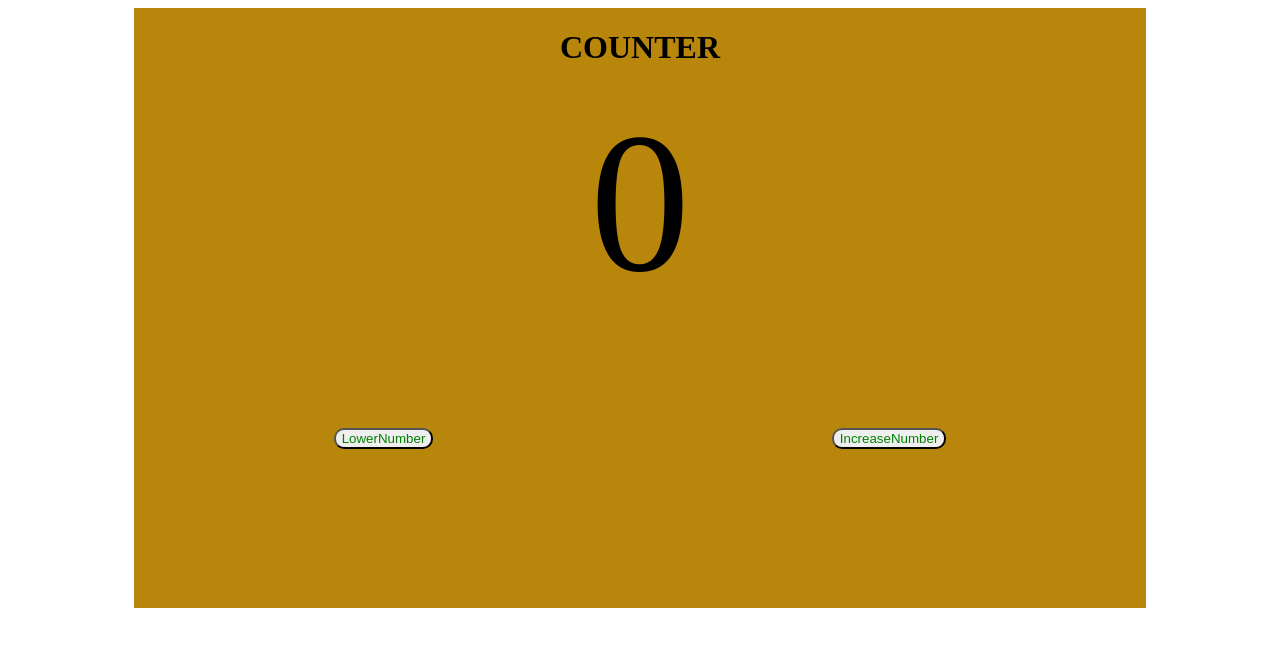
Repository: Sgalstyan06/counterNum
Page: index.html
These files come from the project's save history. The page is drawn as it stood at one moment and after a run of saves; the edit follows.
The browser window is 1280 px wide. The pictures show the whole page.
After loading, the first visible `button.LowerNumber` was clicked once.

Above is the page before, as saved 2022-02-14 17:04:38.
Console error: TypeError: result.insertAdjacentHTML is not a function

### index.html
<!DOCTYPE html>
<html lang="en">
<head>
    <meta charset="UTF-8">
    <meta http-equiv="X-UA-Compatible" content="IE=edge">
    <meta name="viewport" content="width=device-width, initial-scale=1.0">
    <title>Document</title>
    <link rel="stylesheet" href="./style.css">
</head>
<body>
    <div class="main">
        <div class="counter"><h1>COUNTER</h1></div>

        <div class="result">0</div>
        <div class="buttons">
            <button class="LowerNumber">LowerNumber</button>
            <button class="IncreaseNumber">IncreaseNumber</button>
        </div>
    </div>
    <script src="./script.js"></script>
</body>
</html>

### style.css
.main{
    width: 80%;
    height: 600px;
    margin: 0 auto;
    background-color: darkgoldenrod;
    display: flex;
    flex-direction: column;
}
.counter{
    text-align: center;
   /* padding-left: 40%; */
}

.result{

    height: 340px;
    font-size: 200px;
    text-align: center;
}


.buttons{
    display: flex;
    justify-content:space-around;
}

button{
    color: green;
    border-radius: 10px;
}

### script.js
let result = document.querySelector(".result");
let decrease = document.querySelector(".LowerNumber");
let increase = document.querySelector(".IncreaseNumber");
decrease.addEventListener("click",function(){
    result--;
    result.insertAdjacentHTML("afterbegin")
})

After the next 4 saves:
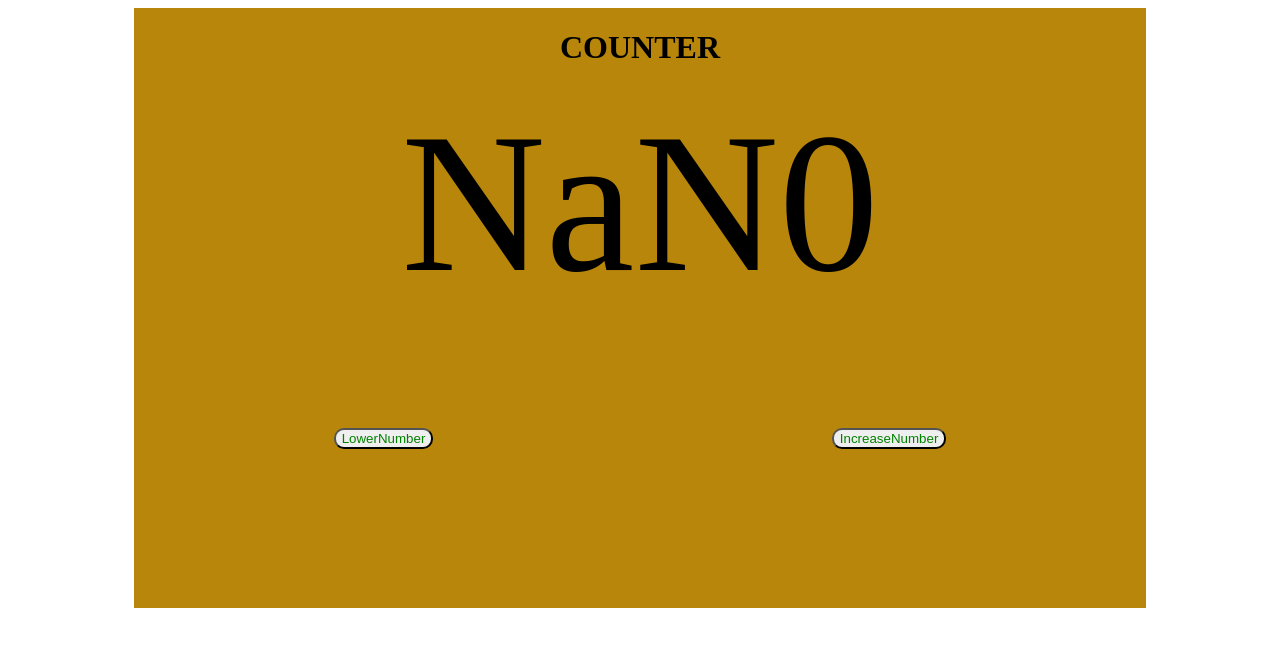
The error is gone.
The 4 saves are shown as one change because they came seconds apart.
The last was saved 19 s later.
--- a/script.js
+++ b/script.js
@@ -2,6 +2,6 @@ let result = document.querySelector(".result");
 let decrease = document.querySelector(".LowerNumber");
 let increase = document.querySelector(".IncreaseNumber");
 decrease.addEventListener("click",function(){
-    result--;
-    result.insertAdjacentHTML("afterbegin")
+
+    result.insertAdjacentHTML("afterbegin",result--);
 })
